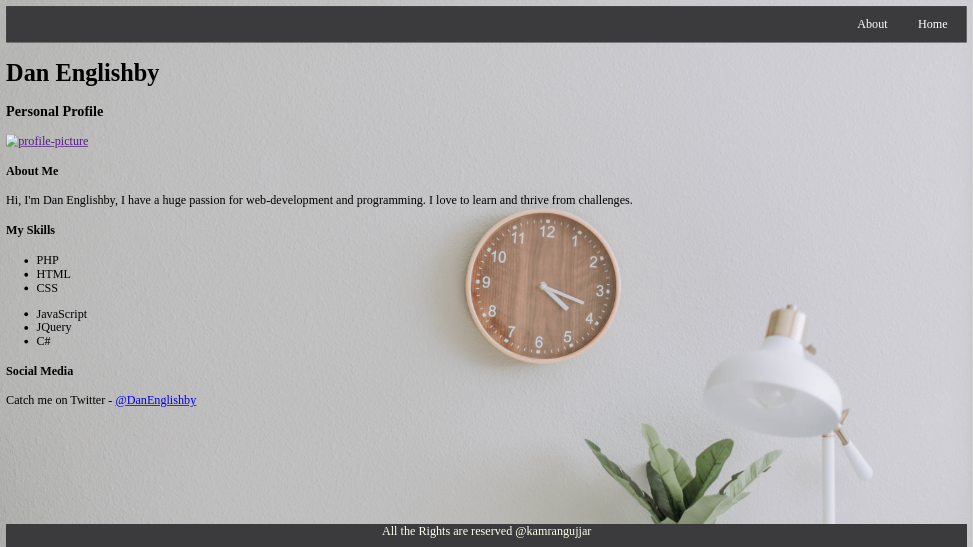
Repository: Kamrangujjar85112/Length-Converter
Page: html/about.html
These files come from the project's save history. The page is drawn as it stood at one moment and after the next save; the edit follows.
The browser window is 1280 px wide. The pictures show the whole page, at 76% of full size.
Backgrounds fixed to the window are drawn as part of the page.

Above is the page before, as saved 2022-01-21 11:09:34.
Console error: TypeError: Cannot read properties of null (reading 'addEventListener')

After the next save:
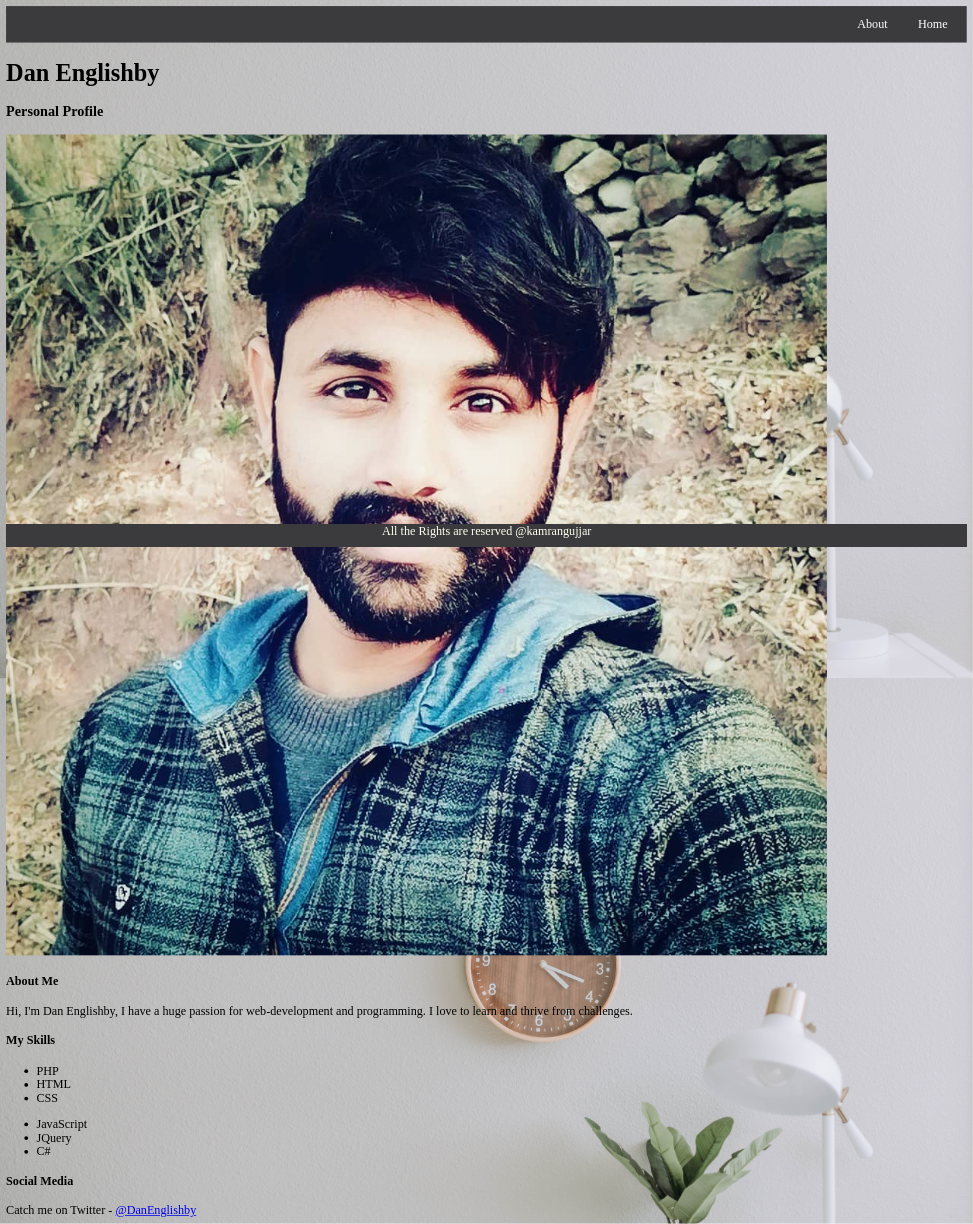
Saved 3 min 23 s later.
--- a/html/about.html
+++ b/html/about.html
@@ -21,7 +21,7 @@
         <div class="container">
             <h1>Dan Englishby</h1>
             <h3>Personal Profile</h3>
-            <a href=""><img src="" alt="profile-picture"  /></a>
+            <a href=""><img src="../css/dp.jpg" alt="profile-picture"  /></a>
             <h4>About Me</h4>
             <p>Hi, I'm Dan Englishby, I have a huge passion for web-development and programming. I love to learn and thrive from challenges.</p>
             <h4>My Skills</h4>
